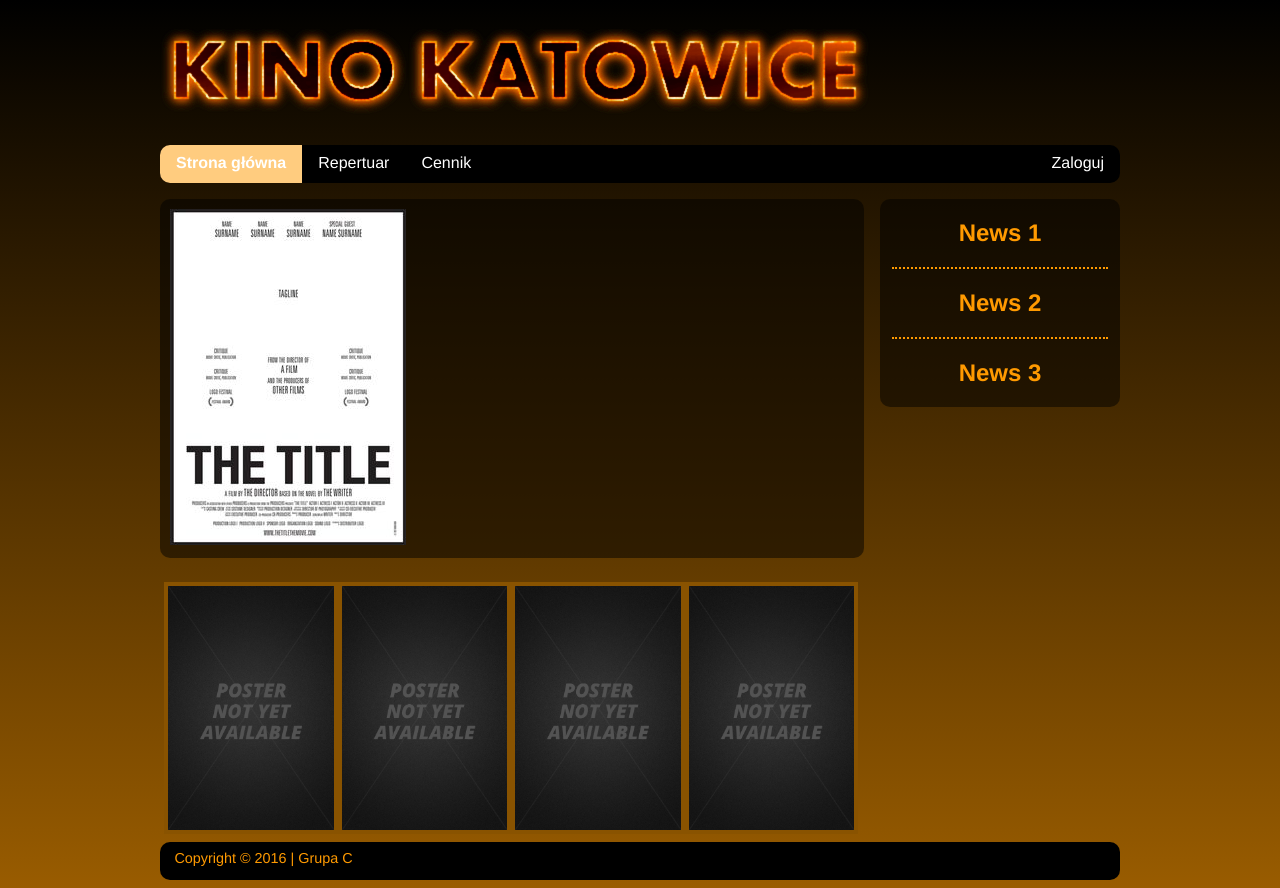
Repository: Gate4/Grupa-C
Page: http://localhost/KinoWebApp/WEB-INF/jsp/welcome.jsp
These files come from the project's save history. The page is drawn as it stood at one moment and after the next save; the edit follows.
The browser window is 1280 px wide. The pictures show the whole page.
Some web libraries are served in a nearby version. The page is served by Tomcat 9. Nobody is signed in. Other server files are loaded and not shown. The template is opened directly, without the code that normally fills it, so the values that code supplies are empty.

Above is the page before, as saved 2016-04-21 21:42:20.

### KinoWebApp/WebContent/WEB-INF/jsp/welcome.jsp
<%@page pageEncoding="UTF-8" contentType="text/html; charset=UTF-8"%>
<%@ taglib prefix="spring" uri="http://www.springframework.org/tags"%>
<!DOCTYPE html>
<html>
<head>


<spring:url value="/resources/style.css" var="styleCSS" />
<link href="${styleCSS}" rel="stylesheet" />
<script
	src="https://ajax.googleapis.com/ajax/libs/jquery/2.1.3/jquery.min.js"></script>
<link href="${styleCSS}" rel="stylesheet" />
<title>Kino</title>
</head>

<body>
	<div id="page">
		<header>
			<h1 id="logo">
				<img src="img/logo.png" alt="Najlepsze kino ever">
			</h1>

			<nav class="clear">
				<ul>
					<li><a class="active" href='#'>Strona główna</a></li>
					<li><a href='#'>Repertuar</a></li>
					<li><a href='#'>Cennik</a></li>
					<li><a href='#'>Zaloguj</a></li>
				</ul>
			</nav>
		</header>


		<div id="content" role="main">
			<section class="primary">
				<section class="tile">
					<img src="resources/img/poster1.jpg" alt="Tytuł filmu 1">
				</section>

				<section class="poster">
					<a href='#'><img src="resources/img/poster4.jpg"
						alt="Tytuł filmu 1"></a>
				</section>
				<section class="poster">
					<a href='#'><img src="resources/img/poster4.jpg"
						alt="Tytuł filmu 2"></a>
				</section>
				<section class="poster">
					<a href='#'><img src="resources/img/poster4.jpg"
						alt="Tytuł filmu 3"></a>
				</section>
				<section class="poster">
					<a href='#'><img src="resources/img/poster4.jpg"
						alt="Tytuł filmu 4"></a>
				</section>

			</section>

			<aside class="secondary">
				<section>
					<h2>News 1</h2>
					<p>${message}</p>
				</section>
				<hr>
				<section>
					<h2>News 2</h2>
					<p>${message}</p>
				</section>
				<hr>
				<section>
					<h2>News 3</h2>
					<p>${message}</p>
				</section>
			</aside>
		</div>

		<footer class="clear">
			<section class="footer">
				<p>Copyright © 2016 | Grupa C</p>
			</section>
		</footer>
	</div>

</body>

</html>

### KinoWebApp/WebContent/resources/style.css
body{
	background: #000000;
	background: linear-gradient(#000000, #995c00);
	color: #FF9A00;
	font-family: Helvetica, Verdana, sans;
}

#page{
	width: 960px;
	margin: 0 auto;
}

#logo, .primary, .poster, .tile{
	float: left;
}

#contact, .secondary{
	float: right;
}

.clear{
	clear: both;
}

.primary{
	width: 75%;
}

.secondary{
	border-radius: 10px;
	background-color: #000000;
	background-color: rgba(0,0,0,0.5);
	width: 25%;
}

.secondary p{
	margin-left: 1em;
	text-align: left;
	color: #FFCC7F;
}

.secondary h2{
	text-align: center;
}

.secondary hr{
	border: none;
	border-top: 2px dotted #FF9A00;
	width: 90%;
}

nav ul{
	border-radius: 10px;
	background-color: #000000;
	min-height: 2.4em;
	list-style: none;
	padding: 0;
}

nav ul li{
	display: inline;
	padding: 5px 1em;
}

nav ul li a{
	display: block;
	float: left;
	height: 1.2em;
	padding: 0.6em 1em;
	margin: 0;
	color: #fff;
	text-decoration: none;
}

nav ul li a:hover, a.active{
	background: #FFCC7F;
	font-weight: bold;
}

nav ul li:last-child{
	float: right;
	padding: 0;
}

nav ul li:first-child a:hover, nav ul li:first-child a.active{
	border-radius: 10px 0 0 10px;
}

nav ul li:last-child a:hover, nav ul li:last-child a.active{
	border-radius: 0 10px 10px 0;
}


.hidden{
	display: none;
}

.poster{
	width: 23%;
	padding: 4px 4px 4px 4px;
}

.poster img{
	border-style: solid;
    border-width: 4px;
    border-color: #895300;
	width: 100%;
}

.poster img:hover{
	border-style: solid;
    border-width: 4px;
    border-color: #ffb13b;
	width: 100%;
}


.tile{
    border-radius: 10px;
	background-color: #000000;
	background-color: rgba(0,0,0,0.5);
    width: 95%;

    color: #111;

    font-size: 0.8em;

    text-align: left;

    margin: 0px 20px 20px 0px;

    padding: 10px 10px 10px 10px;

    border-radius: 10px;
}

.footer{
	border-radius: 10px;
	background-color: #000000;
	min-height: 2.4em;
	padding: 0 0px 0 0;
}

.footer p{
	font-size: 0.9em;
	padding: 0.6em 1em;
}

After the next save:
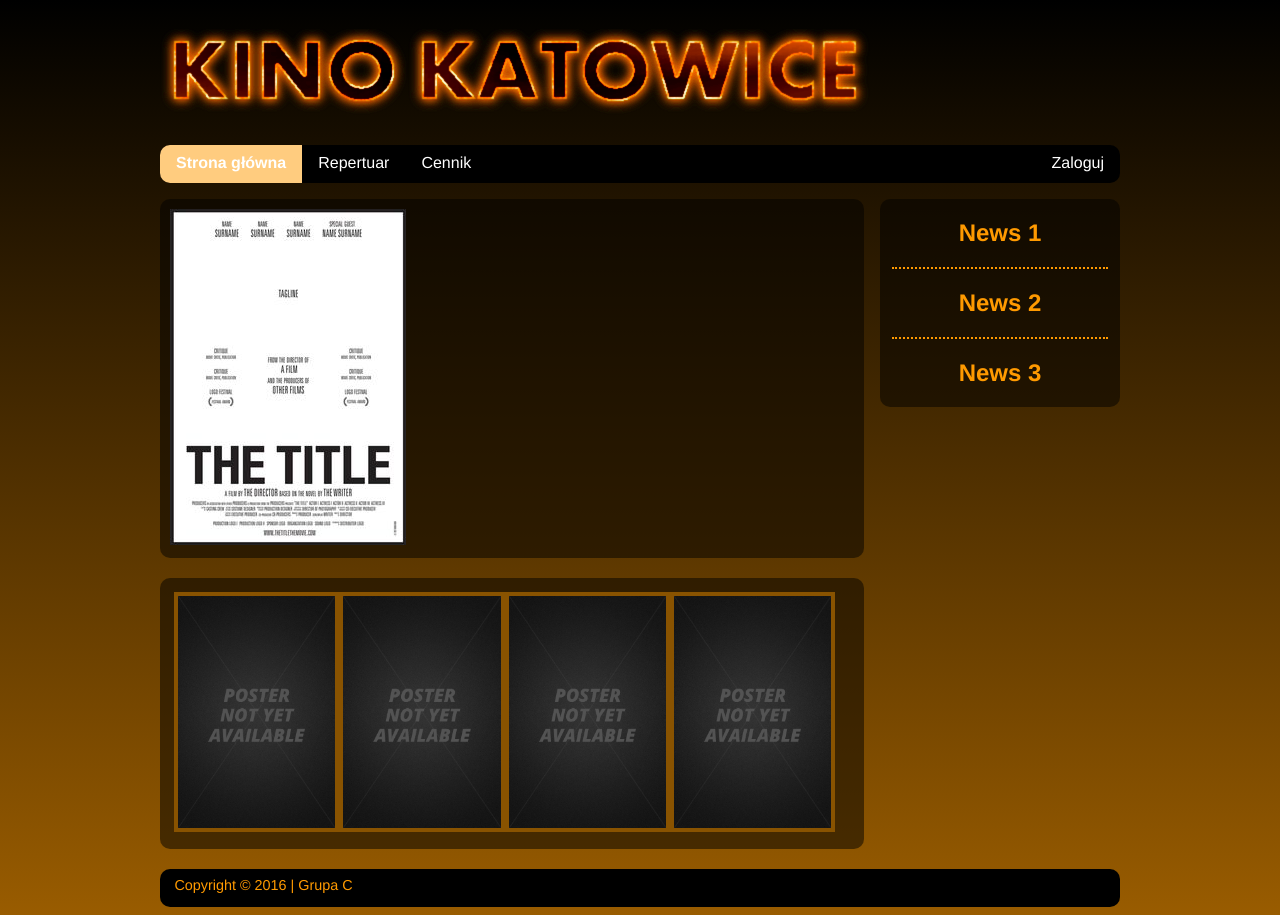
Saved 71 s later.
--- a/KinoWebApp/WebContent/WEB-INF/jsp/welcome.jsp
+++ b/KinoWebApp/WebContent/WEB-INF/jsp/welcome.jsp
@@ -37,21 +37,23 @@
 					<img src="resources/img/poster1.jpg" alt="Tytuł filmu 1">
 				</section>
 
-				<section class="poster">
-					<a href='#'><img src="resources/img/poster4.jpg"
-						alt="Tytuł filmu 1"></a>
-				</section>
-				<section class="poster">
-					<a href='#'><img src="resources/img/poster4.jpg"
-						alt="Tytuł filmu 2"></a>
-				</section>
-				<section class="poster">
-					<a href='#'><img src="resources/img/poster4.jpg"
-						alt="Tytuł filmu 3"></a>
-				</section>
-				<section class="poster">
-					<a href='#'><img src="resources/img/poster4.jpg"
-						alt="Tytuł filmu 4"></a>
+				<section class="tile">
+					<section class="poster">
+						<a href='#'><img src="resources/img/poster4.jpg"
+							alt="Tytuł filmu 1"></a>
+					</section>
+					<section class="poster">
+						<a href='#'><img src="resources/img/poster4.jpg"
+							alt="Tytuł filmu 2"></a>
+					</section>
+					<section class="poster">
+						<a href='#'><img src="resources/img/poster4.jpg"
+							alt="Tytuł filmu 3"></a>
+					</section>
+					<section class="poster">
+						<a href='#'><img src="resources/img/poster4.jpg"
+							alt="Tytuł filmu 4"></a>
+					</section>
 				</section>
 
 			</section>
